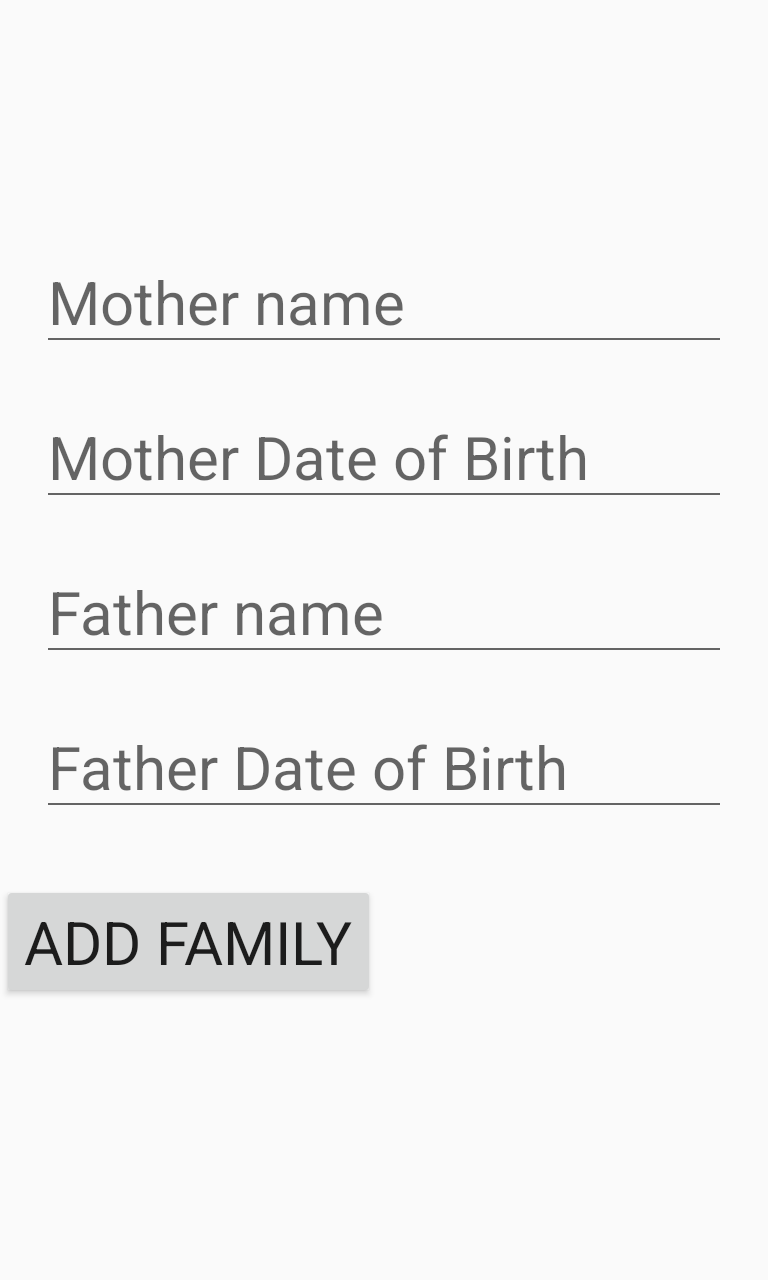
Repository: achavez812/GuatemalaProject2
Layout: GuateMedic-master/GuateMedic/res/layout/fragment_add_new_family.xml
An editor plug-in stored every save of this project. The layout is shown before and after the next save, followed by the edit.
It is drawn on a 768 x 1280 px phone screen (xhdpi) without system bars, with theme AppTheme; the app's code is not run.

Above is the layout before, as saved 2014-07-02 04:31:33.

### GuateMedic-master/GuateMedic/res/layout/fragment_add_new_family.xml
<?xml version="1.0" encoding="utf-8"?>
<LinearLayout xmlns:android="http://schemas.android.com/apk/res/android"
    android:layout_width="match_parent"
    android:layout_height="match_parent"
    android:orientation="vertical" >

    <TextView
        android:id="@+id/add_new_family_textview"
        android:textSize="30sp"
        android:layout_marginBottom="60dp"
        android:layout_marginTop="20dp"
        android:gravity="center"
        android:layout_width="wrap_content"
        android:layout_height="wrap_content" />

    <EditText
        android:id="@+id/add_new_family_parent1_name"
        android:textSize="30sp"
        android:layout_width="match_parent"
        android:layout_height="wrap_content"
        android:layout_marginLeft="20dp"
        android:layout_marginRight="20dp"
        android:hint="Mother name"
        />

    <EditText
        android:id="@+id/add_new_family_parent1_dob"
        android:textSize="30sp"
        android:layout_width="match_parent"
        android:layout_height="wrap_content"
        android:layout_marginTop="20dp"
        android:layout_marginLeft="20dp"
        android:layout_marginRight="20dp"
        android:hint="Mother Date of Birth"
        />

    <EditText
        android:id="@+id/add_new_family_parent2_name"
        android:textSize="30sp"
        android:layout_width="match_parent"
        android:layout_height="wrap_content"
        android:layout_marginTop="20dp"
        android:layout_marginLeft="20dp"
        android:layout_marginRight="20dp"
        android:hint="Father name"
        />

    <EditText
        android:id="@+id/add_new_family_parent2_dob"
        android:textSize="30sp"
        android:layout_width="match_parent"
        android:layout_height="wrap_content"
        android:layout_marginTop="20dp"
        android:layout_marginLeft="20dp"
        android:layout_marginRight="20dp"
        android:hint="Father Date of Birth"
        />

    <Button
        android:id="@+id/add_new_family_button"
        android:textSize="30sp"
        android:layout_width="wrap_content"
        android:layout_height="wrap_content"
        android:layout_marginTop="30dp"

        android:text="Add Family"
        />

</LinearLayout>

### GuateMedic-master/GuateMedic/res/values/styles.xml
<resources xmlns:android="http://schemas.android.com/apk/res/android">

    <!--
        Base application theme, dependent on API level. This theme is replaced
        by AppBaseTheme from res/values-vXX/styles.xml on newer devices.
    -->

    <!-- Application theme. -->
    <style name="AppTheme" parent="@style/Theme.AppCompat.Light.DarkActionBar">
        <!-- All customizations that are NOT specific to a particular API-level can go here. -->
    	<item name="android:typeface">sans</item>
        <item name="actionBarStyle">@style/MyActionBar</item>
    	<item name="android:actionBarStyle">@style/MyActionBar</item>
    	<item name="android:actionOverflowButtonStyle">@style/OverFlow</item>
    	<item name="android:popupMenuStyle">@style/MyPopupMenu</item>
    	<item name="popupMenuStyle">@style/MyPopupMenu</item>
        <item name="android:panelBackground">#004d6b</item>
         <item name="android:itemTextAppearance">@style/myCustomMenuTextApearance</item>

    </style>
       <style name="myCustomMenuTextApearance" parent="@android:style/TextAppearance.Widget.IconMenu.Item">
        <item name="android:textColor">#FFFFFF</item>
        <item name="android:textSize">20sp</item>

    </style>
    <style name="MyActionBar" parent="@style/Widget.AppCompat.Light.ActionBar.Solid.Inverse">
        <item name="android:background">#004d6b</item>
        <item name="android:titleTextStyle">@style/TitleText</item>



    </style>

    <style name ="MyPopupMenu" parent="android:Theme.Holo.Light">
        <item name="android:popupBackground">#004d6b</item>
    </style>

    <style name="OverFlow" parent="@android:style/Widget.Holo.ActionButton.Overflow">
    	<item name="android:src">@drawable/ic_action_overflow</item>
	</style>
    <style name="TitleText">
        <item name="android:textColor">#FFFFFF</item>
        <item name="android:typeface">sans</item>
        <item name="android:textSize">30sp</item>

    </style>
	<!--
	<style name="HomePage" parent="AppTheme">
	<item name="android:background"> @drawable/guatemala_home_bg </item>
	</style>
	    -->





</resources>

After the next save:
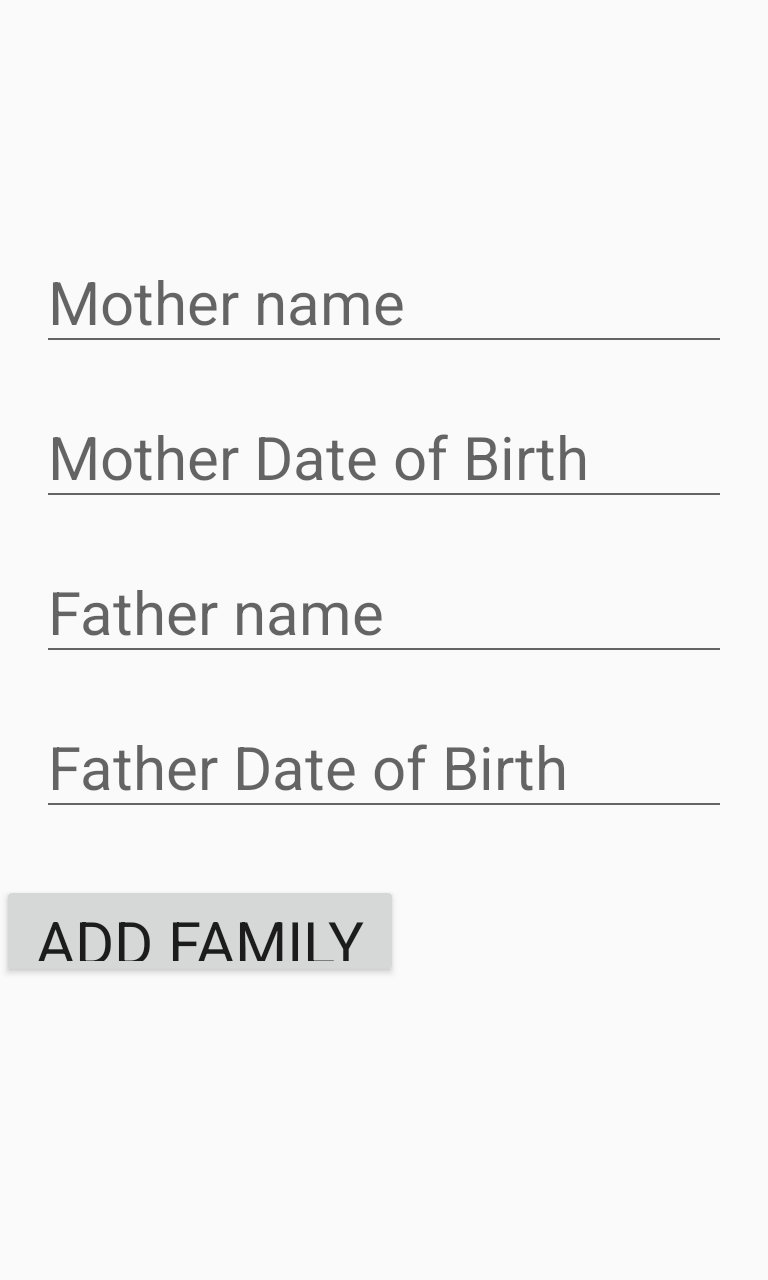
Saved 13 s later.
--- a/GuateMedic-master/GuateMedic/res/layout/fragment_add_new_family.xml
+++ b/GuateMedic-master/GuateMedic/res/layout/fragment_add_new_family.xml
@@ -59,8 +59,8 @@
     <Button
         android:id="@+id/add_new_family_button"
         android:textSize="30sp"
-        android:layout_width="wrap_content"
-        android:layout_height="wrap_content"
+        android:layout_width="200dp"
+        android:layout_height="50dp"
         android:layout_marginTop="30dp"
 
         android:text="Add Family"
